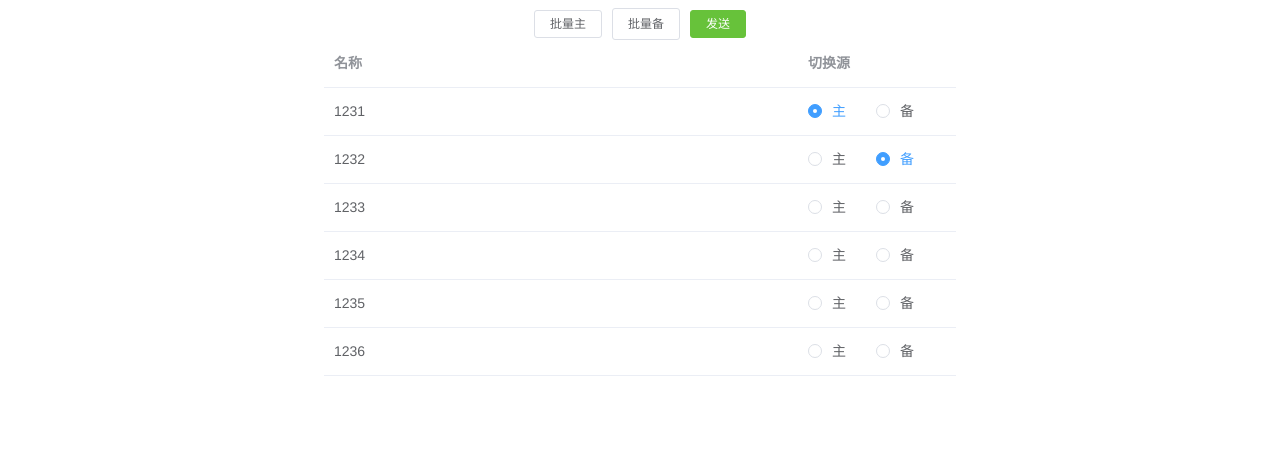
Repository: faintout/BHMQTTSendTool
Page: /
These files come from the project's save history. The page is drawn as it stood at one moment and after a run of saves; the edit follows.
The browser window is 1280 px wide. The pictures show the whole page.
The project was rebuilt for these pictures with package versions that can differ from the ones it lists, and the page was loaded fresh each time. Also part of the build but not shown: vue.config.js. Imported but missing from the stored project, and not drawn on this page: src/views/About.vue.

Above is the page before, as saved 2020-08-26 14:06:39.

After the next 2 saves:
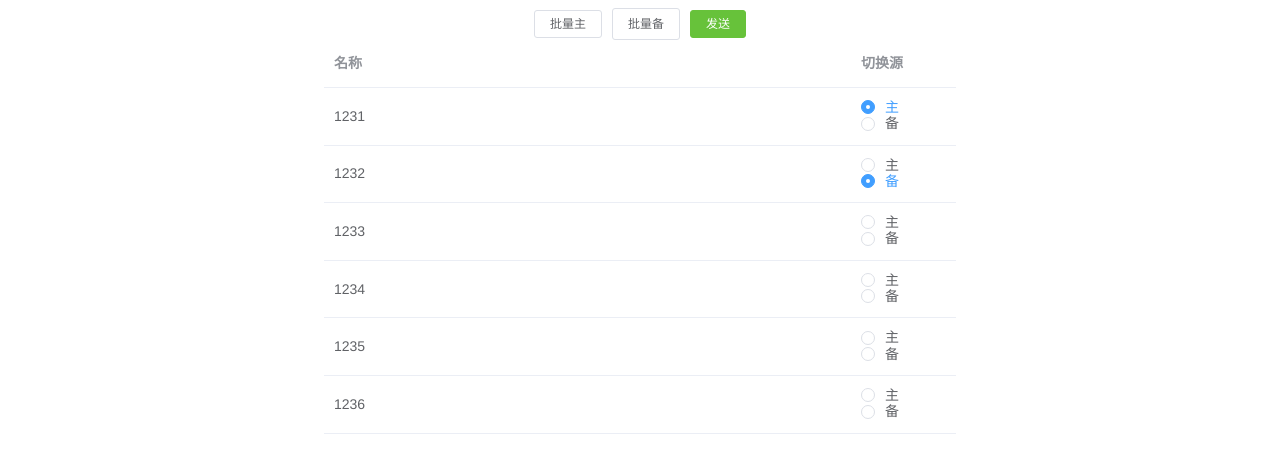
The 2 saves are shown as one change because they came seconds apart.
The last was saved 13 s later.
--- a/src/views/Home.vue
+++ b/src/views/Home.vue
@@ -14,13 +14,13 @@
       >
       <el-table-column
           prop="name"
-          min-width="6"
+          min-width="5"
         label="名称"
       >
       </el-table-column>
     <el-table-column
         label="切换源"
-        min-width="2"
+        min-width="1"
 
         >
         <template slot-scope="scope">

After the save that followed:
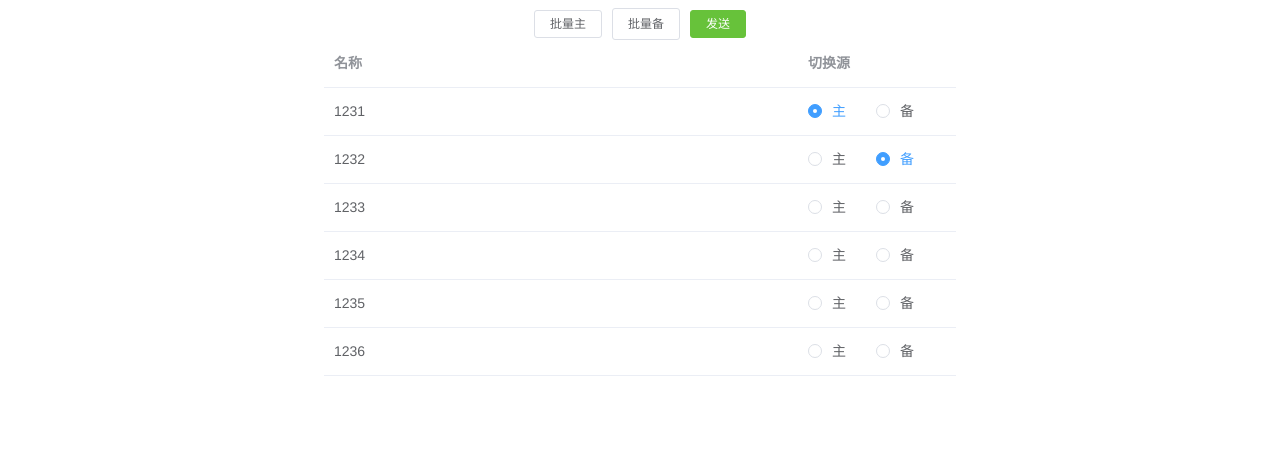
Saved 5 s later.
--- a/src/views/Home.vue
+++ b/src/views/Home.vue
@@ -14,7 +14,7 @@
       >
       <el-table-column
           prop="name"
-          min-width="5"
+          min-width="3"
         label="名称"
       >
       </el-table-column>
